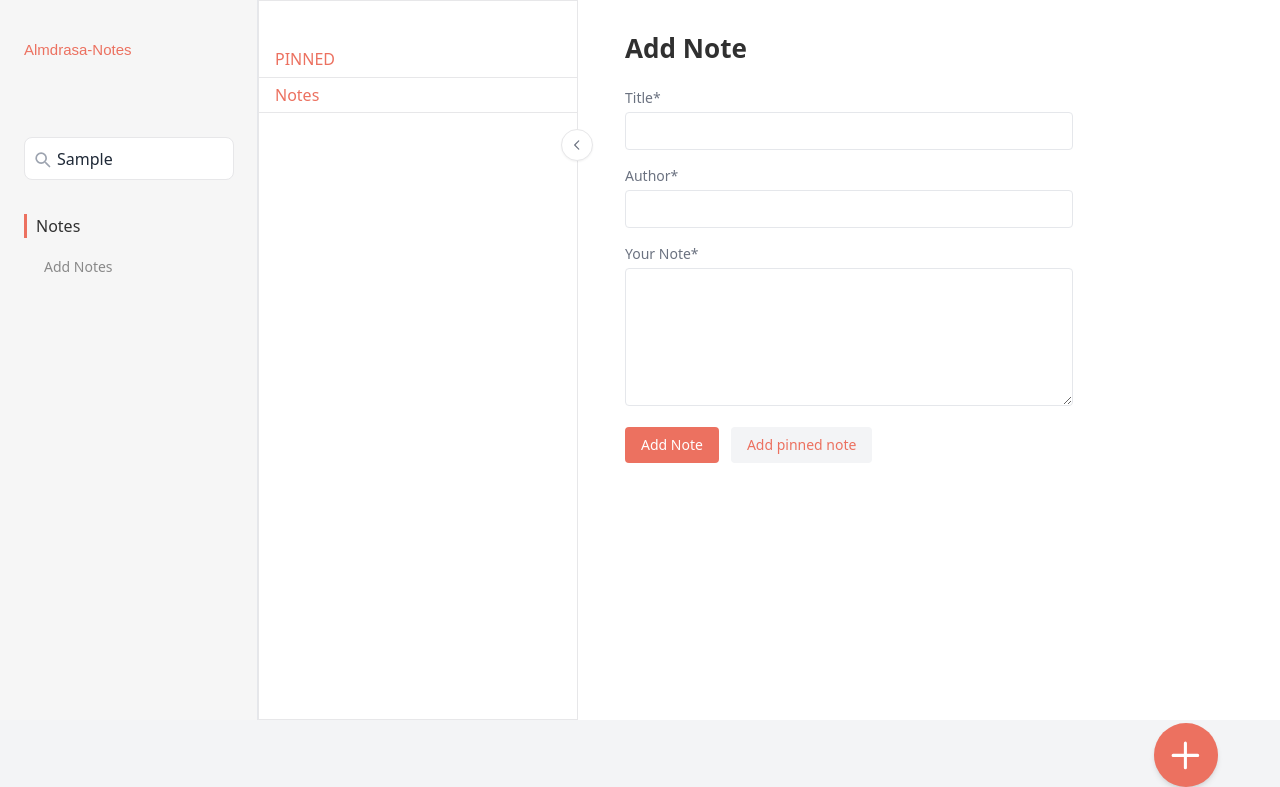
Repository: wafaa399/Note-App
Page: index.html
The author's editor kept a copy of each file at every save. The page is drawn from the files as they stood at one save, then again after the next save.
The browser window is 1280 px wide. The pictures show the whole page.
Empty fields were first filled with sample values (such as "Sample", 5 or name@example.com).
After loading, the first visible `#addNoteFab` was clicked once.
Some web fonts or font styles are not loaded; a fallback is used. Some web libraries are served in a nearby version.

Above is the page before, as saved 2026-07-20 02:36:07.

After the next save:
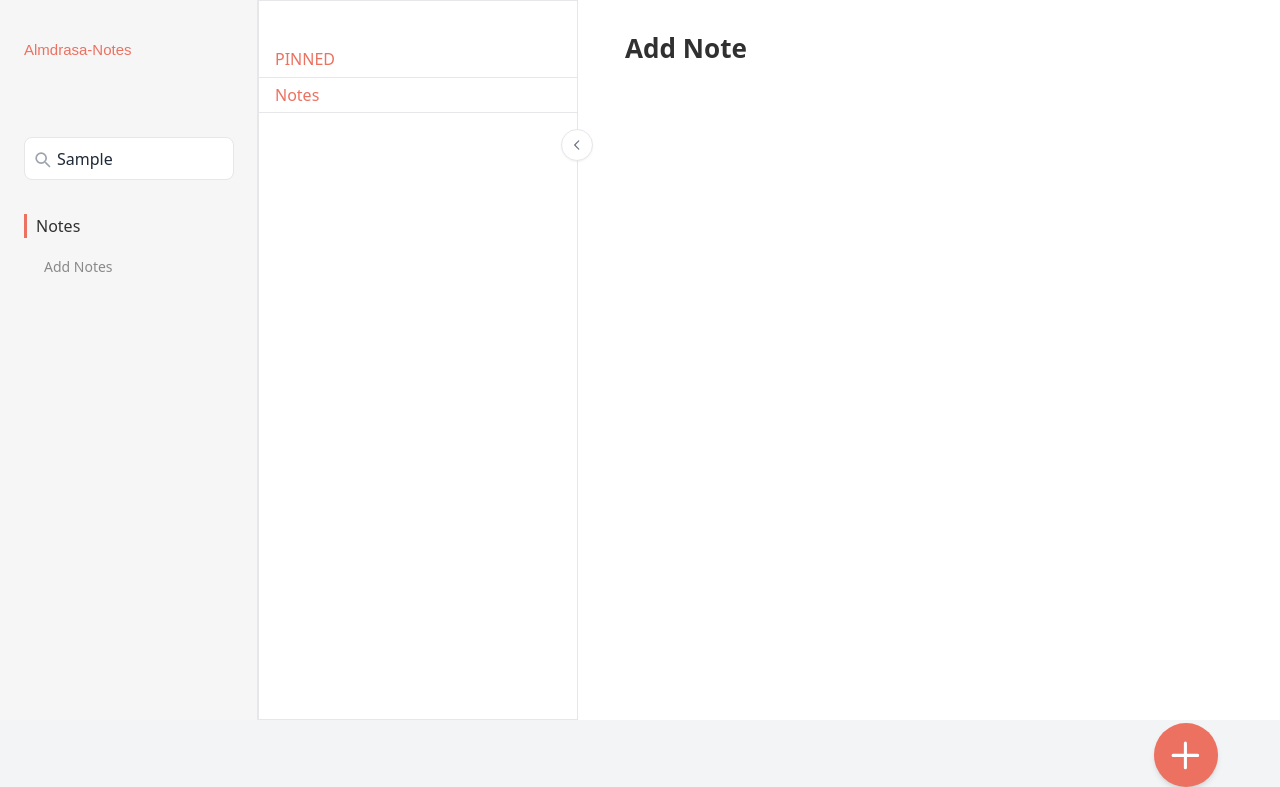
Console error: TypeError: Cannot read properties of null (reading 'addEventListener')
Saved 2 min 34 s later.
--- a/src/views/detailsView.js
+++ b/src/views/detailsView.js
@@ -19,7 +19,7 @@
 
     <div class=" w-[37.5rem] h-[34.625rem] space-y-4 max-w-md">
     <h2 class="text-[1.63rem] leading-8 font-semibold text-[#303030] mb-6">Add Note</h2>
-      <div>
+      <div class='w-[31.25rem] h-[4.4375rem]>
         <label class="block text-gray-500 mb-1">Title*</label>
         <input id="noteTitle" type="text" class="w-full border border-gray-200 rounded px-3 py-2 outline-none focus:ring-1 focus:ring-red-400" />
       </div>

After the 2 saves that followed:
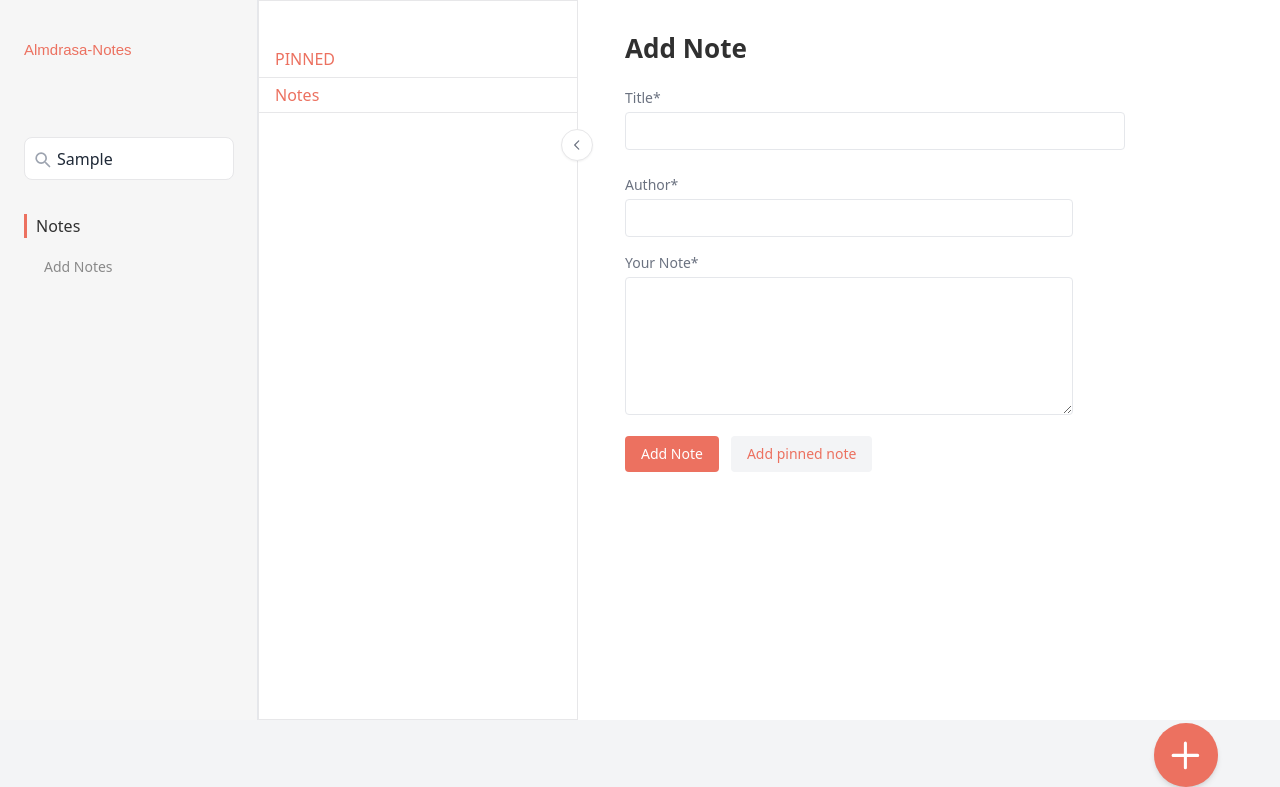
The error is gone.
The 2 saves are shown as one change because 1 left the picture as it was.
The last was saved 54 s later.
--- a/src/views/detailsView.js
+++ b/src/views/detailsView.js
@@ -19,7 +19,7 @@
 
     <div class=" w-[37.5rem] h-[34.625rem] space-y-4 max-w-md">
     <h2 class="text-[1.63rem] leading-8 font-semibold text-[#303030] mb-6">Add Note</h2>
-      <div class='w-[31.25rem] h-[4.4375rem]>
+      <div class="w-[31.25rem] h-[4.4375rem]">
         <label class="block text-gray-500 mb-1">Title*</label>
         <input id="noteTitle" type="text" class="w-full border border-gray-200 rounded px-3 py-2 outline-none focus:ring-1 focus:ring-red-400" />
       </div>
